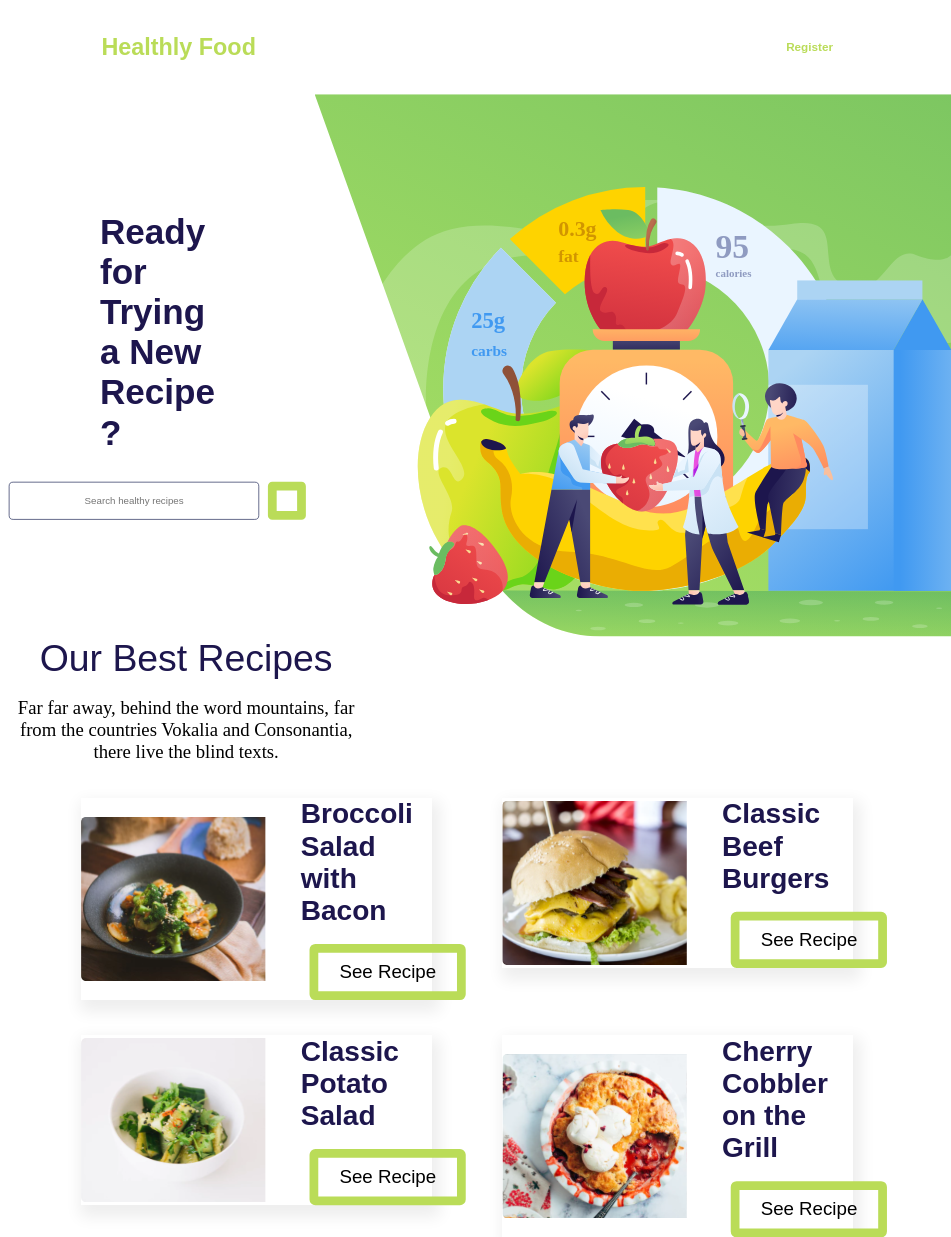
Repository: LuccaCasalecchi/HealthyFood
Page: /
The author's editor kept a copy of each file at every save. The page is drawn from the files as they stood at one save, then again after the next save.
The browser window is 1280 px wide. The page is 1303 px wide, so the pictures cover 1303 px, including what lies to the right of the window. The pictures show the whole page, at 73% of full size.
The project was rebuilt for these pictures with package versions that can differ from the ones it lists, and the page was loaded fresh each time.

Above is the page before, as saved 2021-08-18 16:40:37.

After the next save:
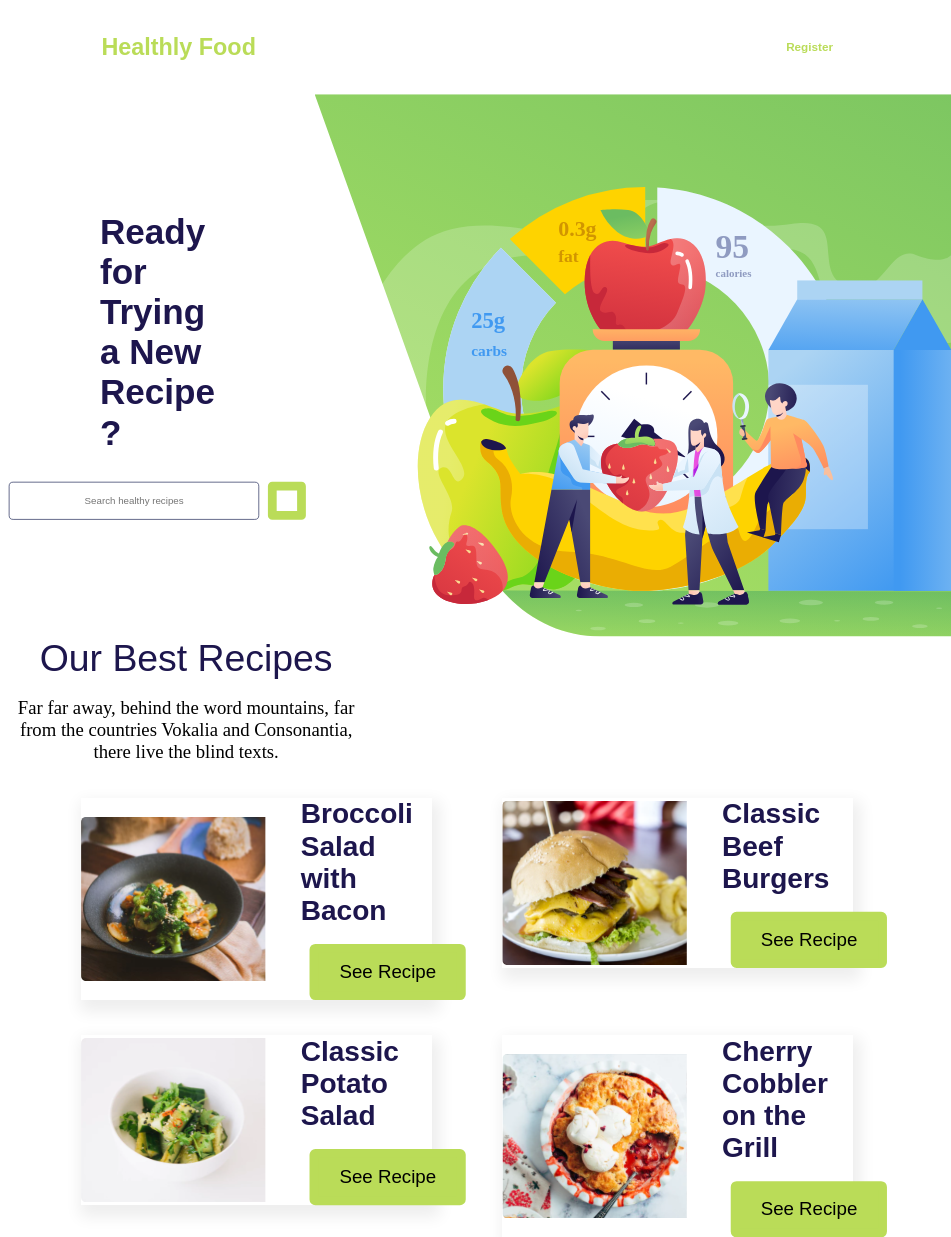
Saved 92 s later.
--- a/src/components/Card/Card.css
+++ b/src/components/Card/Card.css
@@ -32,7 +32,7 @@
   justify-content: center;
   align-items: center;
 
-  background: var(--color-primary);
+  background: #BADC58;
   color: var(--color-white);
   border-radius: .5rem;
   font-family: sans-serif;
